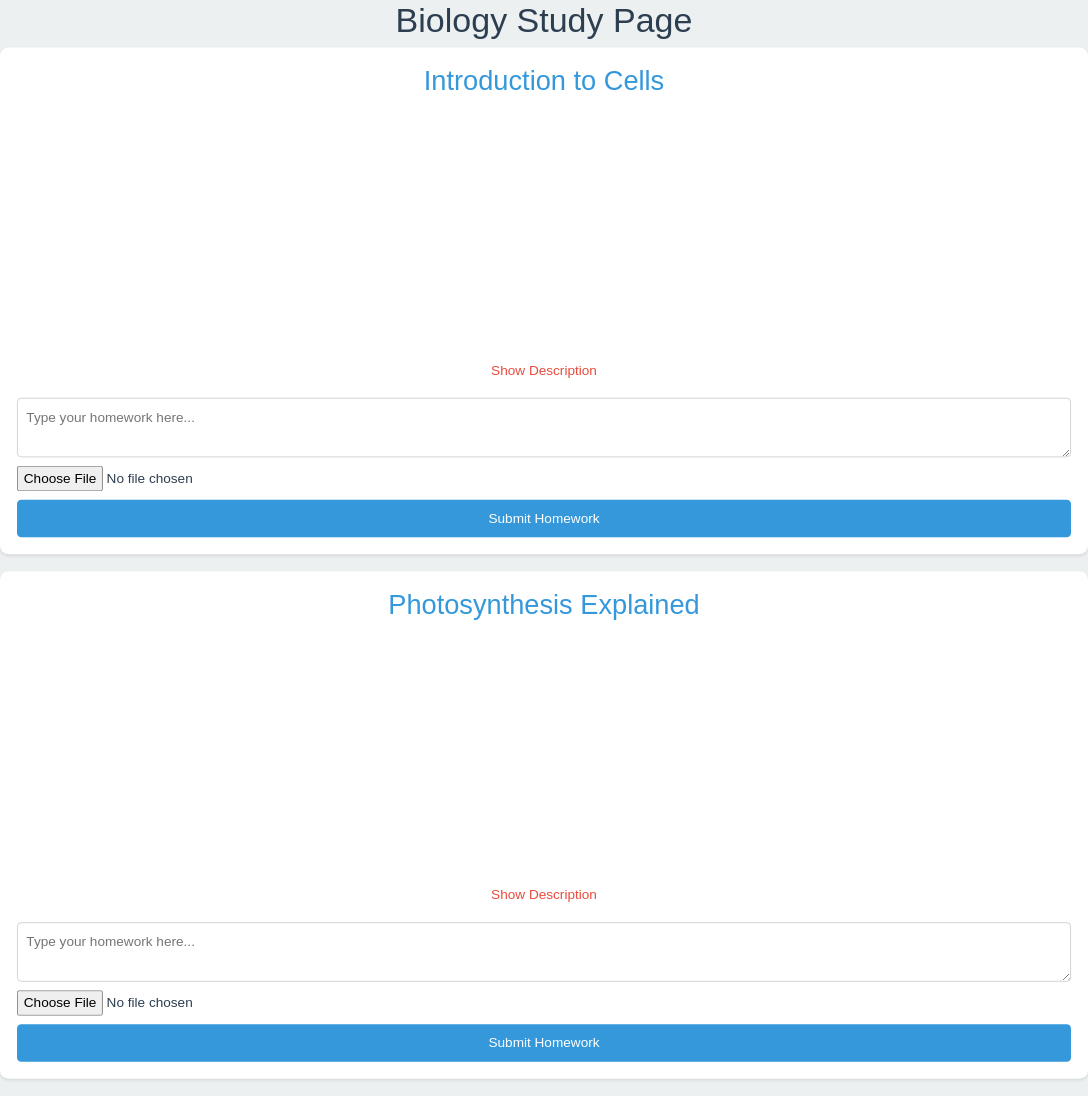
Repository: krmvz/BEMath.kg
Page: /bio
These files come from the project's save history. The page is drawn as it stood at one moment and after a run of saves; the edit follows.
The browser window is 1280 px wide. The pictures show the whole page, at 85% of full size.
The project was rebuilt for these pictures with package versions that can differ from the ones it lists, and the page was loaded fresh each time. Also part of the build but not shown: src/firebase.js, src/components/auth/sign.scss, src/components/auth/SignIn.jsx, src/components/auth/SignUp.jsx, src/components/dashboard/Dashboard.jsx.

Above is the page before, as saved 2023-12-18 21:46:53.

After the next 2 saves:
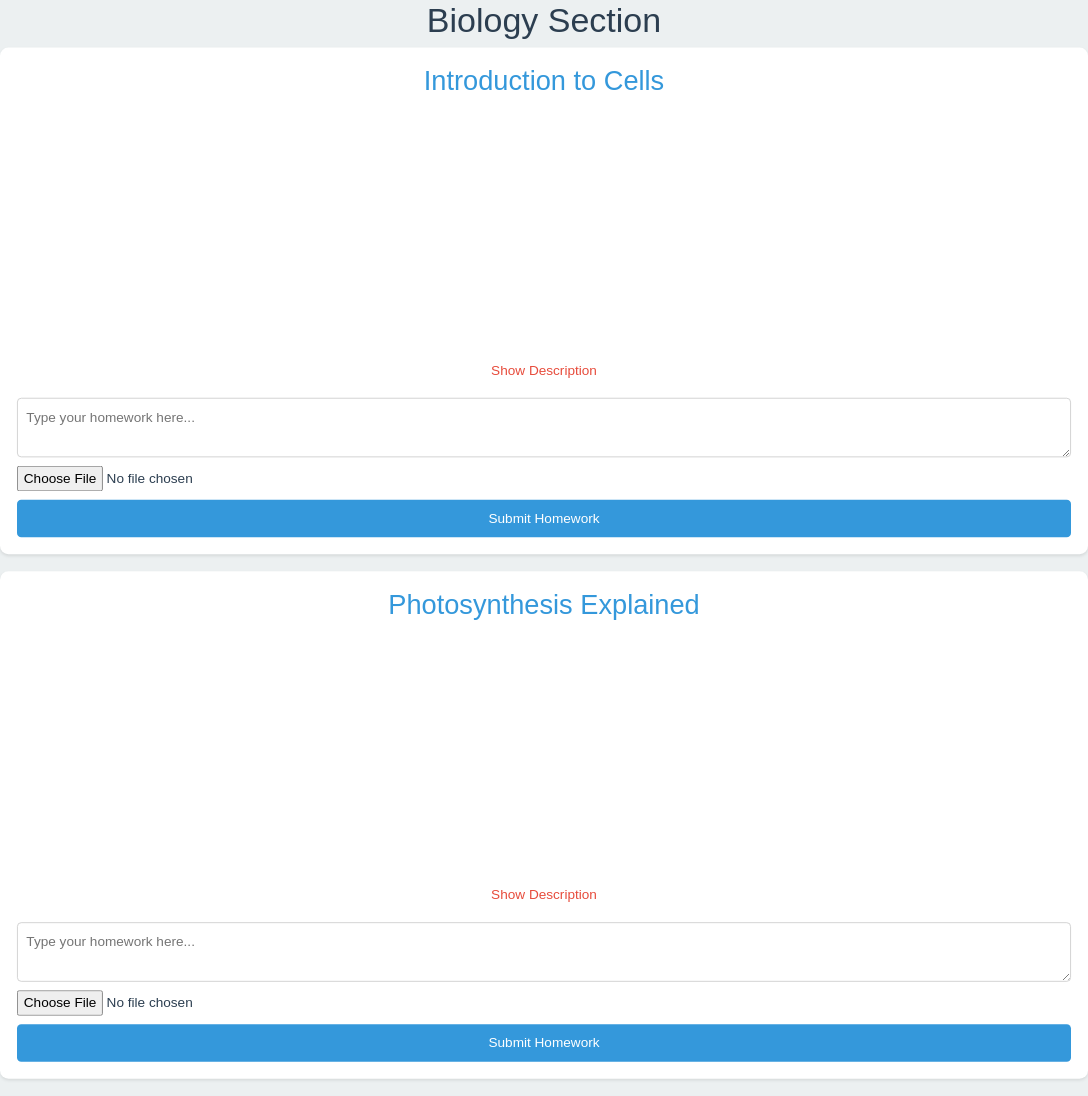
The 2 saves are shown as one change because they came seconds apart.
The last was saved 34 min 0 s later.
--- a/src/components/Biology/biology.jsx
+++ b/src/components/Biology/biology.jsx
@@ -37,7 +37,7 @@
 
   return (
     <div>
-      <h1>Biology Study Page</h1>
+      <h1>Biology Section</h1>
       <div>
         {biologyVideos.map(video => (
           <div key={video.id} className="video-container">
